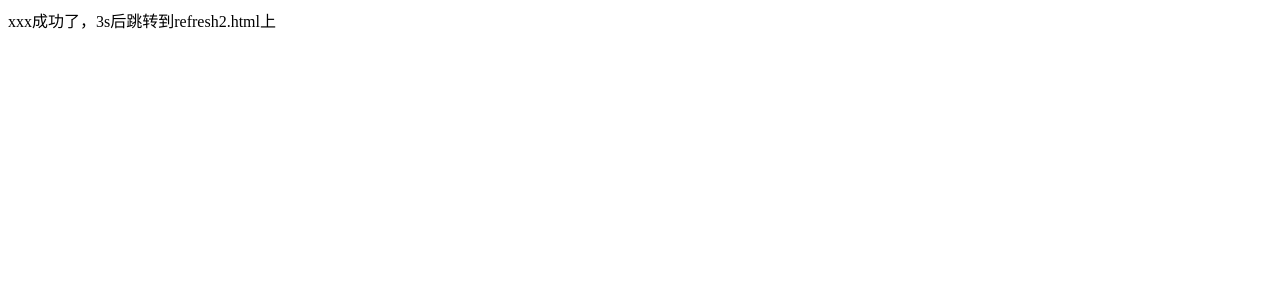
Repository: 00yu/Javaweb-study
Page: day10/WebContent/refresh1.html
An editor plug-in stored every save of this project. The page is shown before and after the next save, followed by the edit.
The browser window is 1280 px wide. The pictures show the whole page.

Above is the page before, as saved 2020-10-15 02:54:13.
Console error: ReferenceError: i is not defined

After the next save:
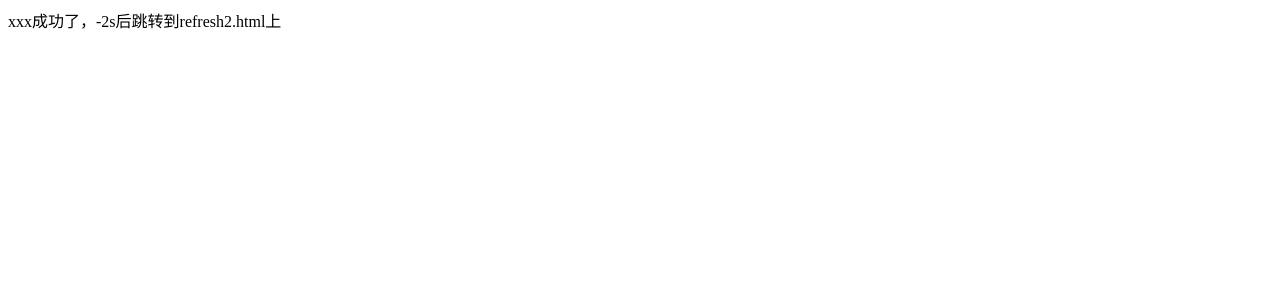
The error is gone.
Saved 23 s later.
--- a/day10/WebContent/refresh1.html
+++ b/day10/WebContent/refresh1.html
@@ -18,6 +18,7 @@
 		//设置定时器
 		setInterval(changeSecond,1000);
 	}
+	var i=3;
 	//时间变化
 	function changeSecond(){
 		//获取元素
